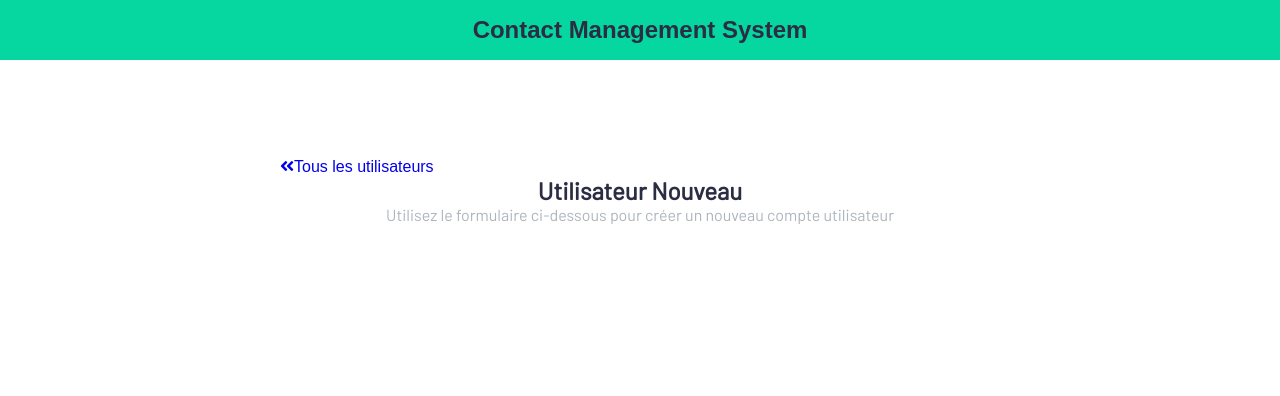
Repository: mohamed-makrani/Global_Development_Service_DBMS
Page: DBMS/views/add_user.html
An editor plug-in stored every save of this project. The page is shown before and after the next save, followed by the edit.
The browser window is 1280 px wide. The pictures show the whole page.
Some web fonts or font styles are not loaded; a fallback is used.

Above is the page before, as saved 2024-04-22 19:01:05.

### DBMS/views/add_user.html
<!DOCTYPE html>
<html lang="en">
<head>
    <meta charset="UTF-8">
    <meta name="viewport" content="width=device-width, initial-scale=1.0">
    <title>Management System</title>

    <link rel="stylesheet" href="https://cdnjs.cloudflare.com/ajax/libs/font-awesome/5.15.1/css/all.min.css" integrity="sha512-+4zCK9k+qNFUR5X+cKL9EIR+ZOhtIloNl9GIKS57V1MyNsYpYcUrUeQc9vNfzsWfV28IaLL3i96P9sdNyeRssA==" crossorigin="anonymous" />
    <link rel="stylesheet" href="../assets/css/style.css">
</head>
<body>

    <!-- Header -->
        <header id="header">
            <nav>
                <div class="container">
                    <div class="text-center">
                        <a href="/" class="nav-brand text-dark"> Contact Management System </a>
                    </div>
                </div>
            </nav>
        </header>
    <!-- /Header -->
        <!-- Main Site -->
        <main id="site-main">
            <div class="container">
                <div class="box-nav d-flex justify-between">

                    <div class="filter">
                        <a href="/"><i class="fas fa-angle-double-left"></i>Tous les utilisateurs</a>
                    </div>
                </div>

                <div class="form-title text-center">
                    <h2 class="text-dark">Utilisateur Nouveau</h2>
                    <span class="text-light">Utilisez le formulaire ci-dessous pour créer un nouveau compte utilisateur</span>
                </div>

                <!-- form handling -->
                <form method="POST" id="update_user">


                </form>
            </div>
        </main>
    <!-- /Main Site -->

### DBMS/assets/css/style.css
@import url('https://fonts.googleapis.com/css2?family=Barlow&family=PT+Sans&display=swap');

:root {
    --dark: #2b2d42;
    --light: #adb5bd;
    --border: #dee2e6;
    --border-btn: #edf2f4;
}

* {
    padding: 0;
    margin: 0;
    box-sizing: border-box;
}

a {
    text-decoration: none;
    font-family: 'PT Sans', sans-serif;
}

.container {
    max-width: 720px;
    margin: auto;
}

.nav-brand {
    font-size: 1.5em;
    font-weight: bold;
}

.d-flex {
    display: flex;
    flex-wrap: wrap;
}

.justify-between {
    justify-content: space-between;
}

.text-center {
    text-align: center;
}

.border-shadow {
    border: 1px solid var(--border-btn);
    box-shadow: 1px 3px 10px #e9ecef;
}

.text-dark {
    color: var(--dark);
}

.inline {
    display: inline-block;
}

.text-light {
    color: var(--light);
}

.text-gradient {
    background: linear-gradient(to right, #8e2de2, #4a00e0);
    -webkit-background-clip: text;
    background-clip: text;
    -webkit-text-fill-color: transparent;
}

#header nav {
    background-color: #06d6a0;
    padding: 1em 0;
    width: 100%;
}

#site-main {
    margin-top: 6em;
    font-family: 'Barlow', sans-serif;
}

#site-main .container .box-nav > a {
    font-size: 1em;
    padding: .5em 1em;
}

#site-main .container form {
    margin: 2em 0;
}

table {
    border-spacing: 0px;
    width: 100%;
}

.table td,
.table th {
    padding: 1.5em; /* Adjust padding to add space */
    vertical-align: top;
    text-align: center;
    border-top: 1px solid var(--border);
}

.table td > a.btn {
    display: inline-block;
    vertical-align: middle;
    margin-right: 0.2em;
}

.table tr {
    height: 3em;
}

.table tr:hover {
    background-color: #06d6a0;
}

.table tr:hover td > a {
    box-shadow: none;
}

.table .thead-dark th {
    color: #fff;
    background-color: var(--dark);
    border-color: #32383e;
}

@media only screen and (max-width: 1024px) {
    table,
    thead,
    tbody,
    th,
    td,
    tr {
        display: block;
    }

    thead tr {
        position: absolute;
        top: -9999px;
        left: -9999px;
    }

    tr {
        border: 1px solid var(--border);
    }

    td {
        border: none;
        position: relative;
    }
}

After the next save:
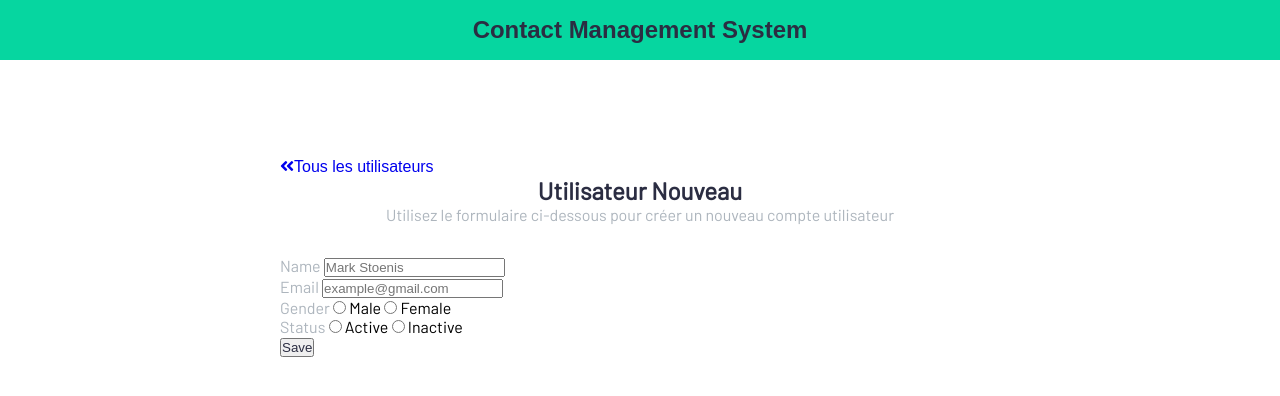
Saved 75 s later.
--- a/DBMS/views/add_user.html
+++ b/DBMS/views/add_user.html
@@ -38,7 +38,45 @@
 
                 <!-- form handling -->
                 <form method="POST" id="update_user">
+                    <div class="new_user">
+                        <div class="form-group">
+                            <label for="name" class="text-light">Name</label>
+                            <input type="hidden" name="id" value="">
+                            <input type="text" name="name" value="" placeholder="Mark Stoenis">
+                        </div>
+                        <div class="form-group">
+                            <label for="Email" class="text-light">Email</label>
+                            <input type="text" name="email" value="" placeholder="example@gmail.com">
+                        </div>
+                        <div class="form-group">
+                            <label for="gender" class="text-light">Gender</label>
+                            <div class="radio inline">
+                                <input type="radio" id="radio-2" name="gender" value="Male" >
+                                <label for="radio-2" class="radio-label">Male</label>
+                            </div>
+                            <div class="radio inline">
+                                <input type="radio" id="radio-3" name="gender" value="Female" >
+                                <label for="radio-3" class="radio-label">Female</label>
+                            </div>
+                        </div>
 
+                        <div class="form-group">
+                            <label for="gender" class="text-light">Status</label>
+                            <div class="radio inline">
+                                <input type="radio" id="radio-4" name="status" value="Active" >
+                                <label for="radio-4" class="radio-label">Active</label>
+                            </div>
+                            <div class="radio inline">
+                                <input type="radio" id="radio-5" name="status" value="Inactive" >
+                                <label for="radio-5" class="radio-label">Inactive</label>
+                            </div>
+                        </div>
+
+                        <div class="form-group">
+                            <button type="submit" class="btn text-dark update">Save</button>
+                        </div>
+
+                    </div>
 
                 </form>
             </div>
